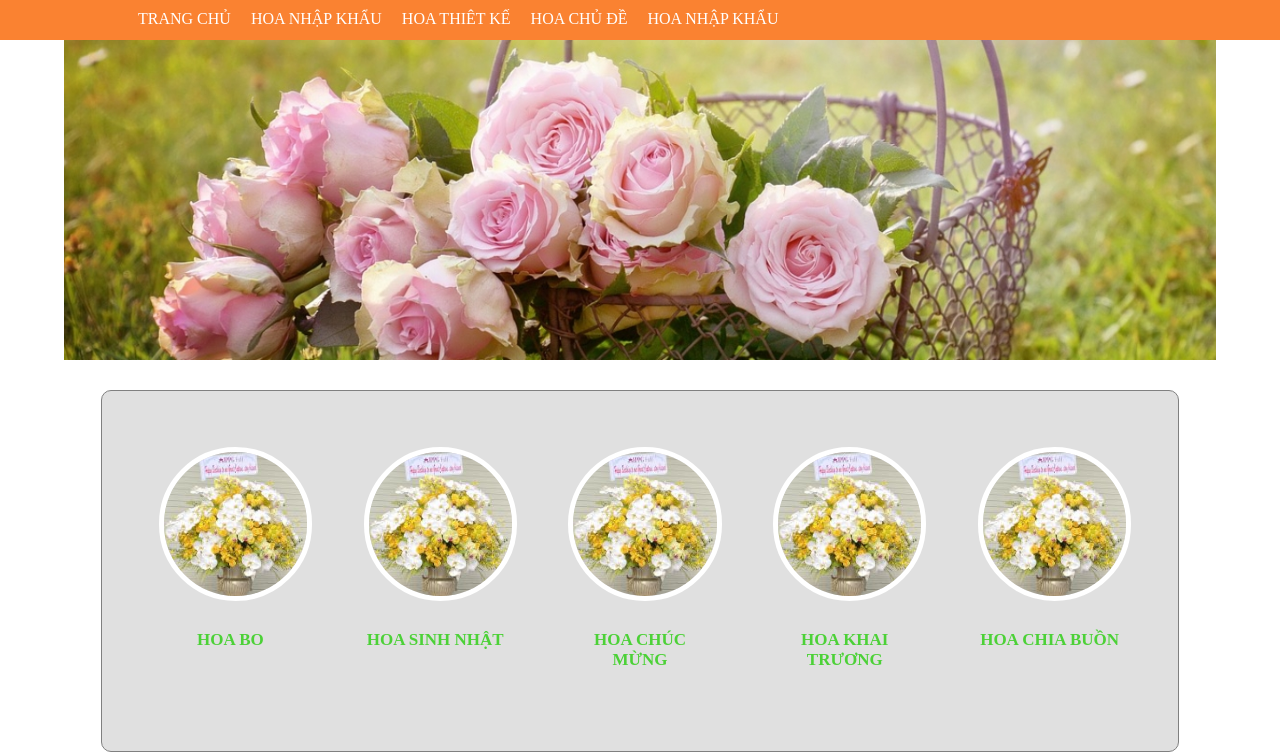
Repository: hoang71299/fe_26
Page: buoi5/buoi7/1.html
An editor plug-in stored every save of this project. The page is shown before and after the next save, followed by the edit.
The browser window is 1280 px wide. The pictures show the whole page.

Above is the page before, as saved 2022-08-28 19:59:45.

After the next save:
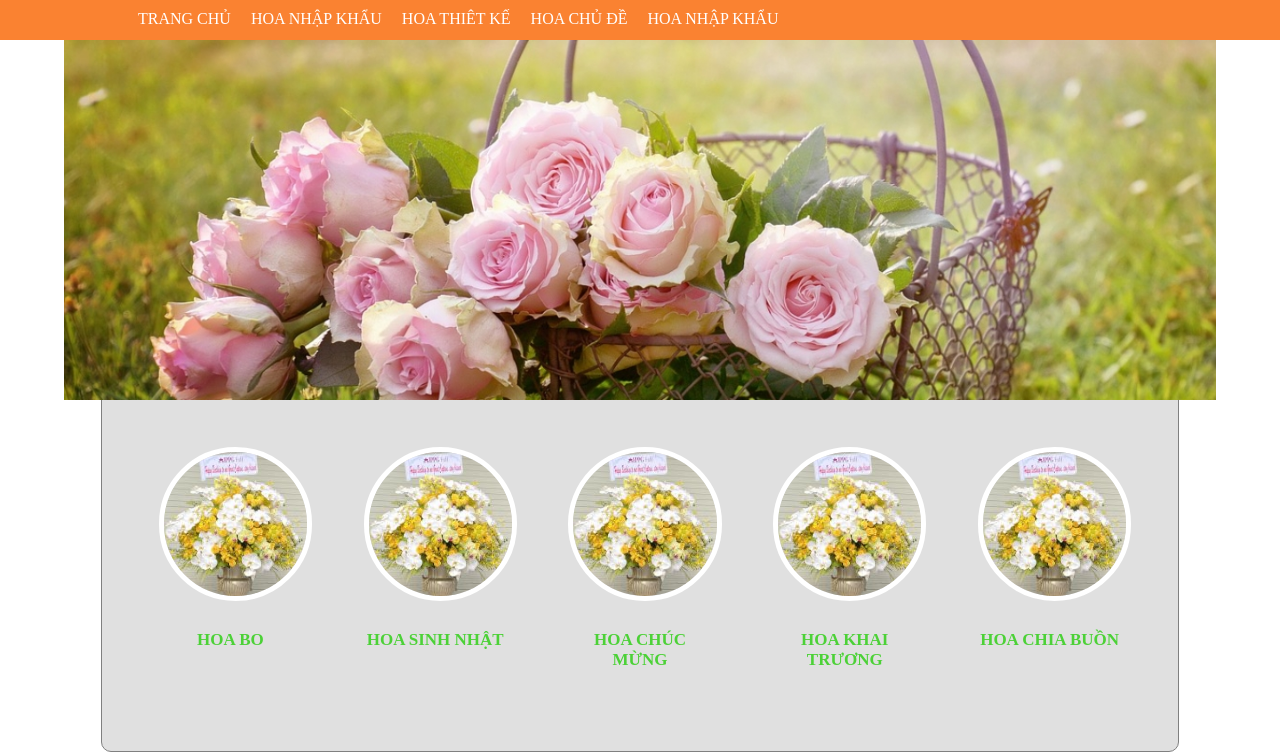
Saved 34 s later.
--- a/buoi5/buoi7/1.css
+++ b/buoi5/buoi7/1.css
@@ -57,6 +57,7 @@ html,body{
     background-size: cover;
     margin: auto;
     animation: bg 10s infinite;
+    transform: translateY(40px);
 }
 @keyframes bg {
     0%{ background-image: url("./image/1.jpg");}
